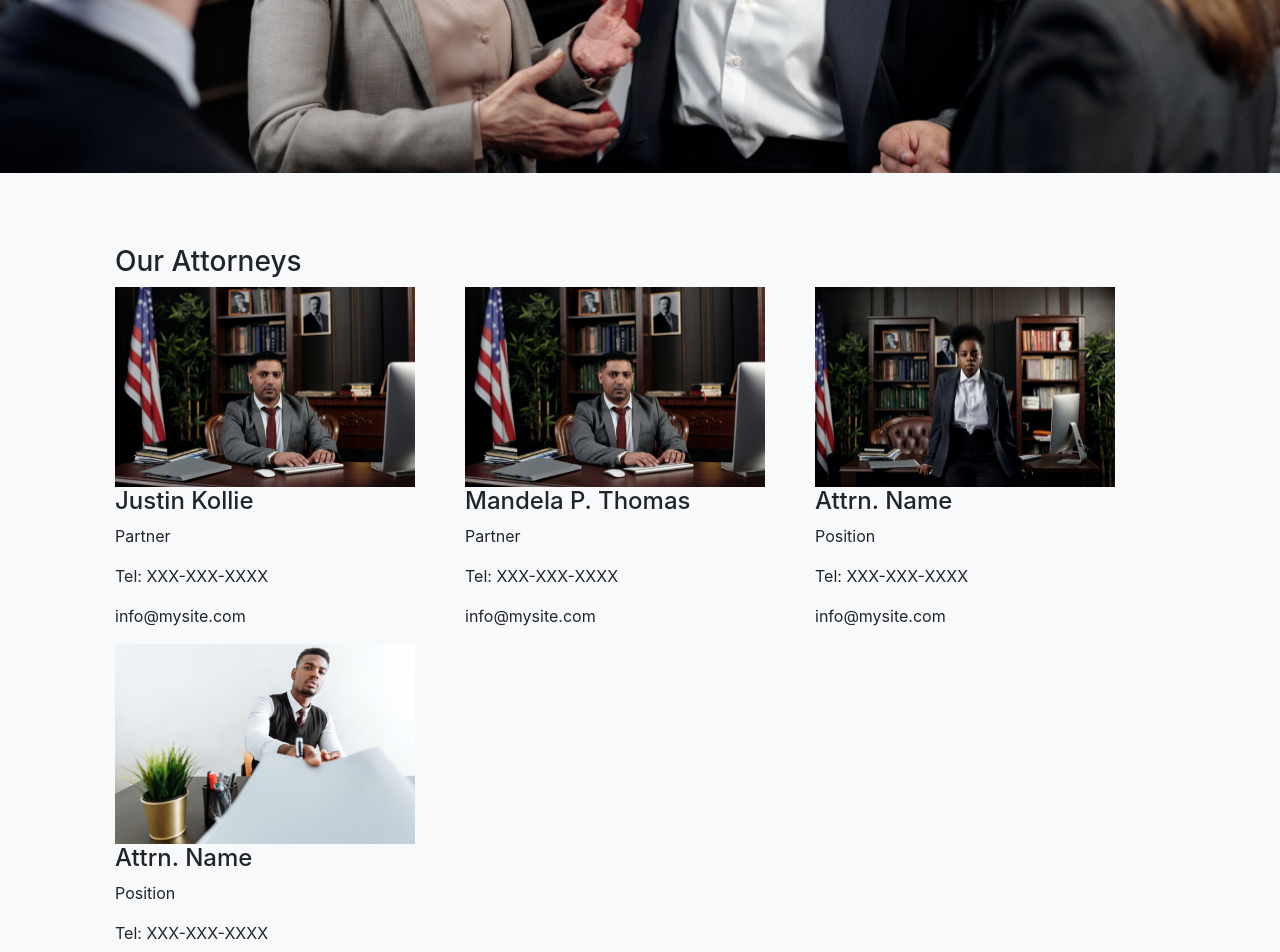
Repository: just-mann/kolllie-kolliellp
Page: index.html
These files come from the project's save history. The page is drawn as it stood at one moment and after a run of saves; the edit follows.
The browser window is 1280 px wide. The pictures show the part of the page from y = 2399 to 3351 px (the page is 4796 px tall before and 4844 px after).
Backgrounds fixed to the window are drawn as part of the page.

Above is the page before, as saved 2021-06-02 05:25:36.

### index.html
<!DOCTYPE html>
<html lang="en">
<head>
    <meta charset="UTF-8">
    <meta name="viewport" content="width=device-width, initial-scale=1.0">
    <meta http-equiv="X-UA-Compatible" content="ie=edge">
    <meta name="Description" content="Enter your description here"/>
    <!-- Font Awesome Icons -->
    <link rel="stylesheet" href="https://cdnjs.cloudflare.com/ajax/libs/font-awesome/5.15.3/css/all.min.css" referrerpolicy="no-referrer" />
    <link rel="stylesheet" href="https://cdnjs.cloudflare.com/ajax/libs/twitter-bootstrap/4.6.0/css/bootstrap.min.css">
    <link rel="stylesheet" href="https://cdnjs.cloudflare.com/ajax/libs/font-awesome/5.15.2/css/all.min.css">
    <link rel="stylesheet" href="assets/css/utilities.css">
    <link rel="stylesheet" href="assets/css/style.css">
    <title>Kollie & Thomas LLP</title>
</head>
<body>
    <nav class="myNavbar px-2 bg-light shadow">
        <div class="myContainer">
            <a href="#" class="myLogo"><h3>Kollie & Thomas LLP</h3></a>
            <div class="links">
                <a href="#">Home</a>
                <a href="#practiceArea">Practice Areas</a>
                <a href="#ourVision">Our Vision</a>
                <a href="#ourAttorneys">Attorneys</a>
                <a href="#contact">Contact</a>
            </div>
            <i class="fas fa-bars fa-1x toggleBar"></i>
        </div>
    </nav>
    <section class="heroSection">
        <div class="myContainer">
            <h3><span>Boutique</span>Law Firm</h3>
            <p>Specializing in Commercial Law & Litigation, Insolvency & Fraud</p>
        </div>
    </section>
    <section class="practiceArea py-5 px-4 bg-light" id="practiceArea">
        <div class="myContainer py-5">
            <div class="practiceArreaDiv p-4">
                <div class="left__side px-3 py-4">
                    <h3><span>Practice</span> Areas</h3>
                </div>
                <div class="right__side px-3 py-4">
                    <ul>
                        <div class="left px-3">
                            <li><h4>Litigation</h4></li>
                            <p>Lorem ipsum dolor sit amet consectetur adipisicing elit. Accusamus cumque iusto quae minima?</p>
                            <li><h4>Insolvency</h4></li>
                            <p>Lorem ipsum dolor sit amet consectetur adipisicing elit. Accusamus cumque iusto quae minima?</p>
                            <li><h4>Dispute Resolution</h4></li>
                            <p>Lorem ipsum dolor sit amet consectetur adipisicing elit. Accusamus cumque iusto quae minima?</p>
                        </div>
                        <div class="right px-3">
                            <li><h4>Business</h4></li>
                            <p>Lorem ipsum dolor sit amet consectetur adipisicing elit. Accusamus cumque iusto quae minima?</p>
                            <li><h4>Fraud</h4></li>
                            <p>Lorem ipsum dolor sit amet consectetur adipisicing elit. Accusamus cumque iusto quae minima?</p>
                            <li><h4>Tax</h4></li>
                            <p>Lorem ipsum dolor sit amet consectetur adipisicing elit. Accusamus cumque iusto quae minima?</p>
                        </div>
                    </ul>
                </div>
            </div>
        </div>
    </section>
    <section class="ourVision px-4 py-5" id="ourVision">
        <div class="myContainer">
            <div class="ourVisionDiv py-5">
                <h3>Our Mission</h3>
                <div>
                    <p>Lorem, ipsum dolor sit amet consectetur adipisicing elit. Deleniti, libero. Voluptatem laboriosam ipsum esse sint deserunt laudantium accusamus nam veniam ad? A deserunt nostrum rerum?</p>
                </div>
                <div>
                    <p>Lorem, ipsum dolor sit amet consectetur adipisicing elit. Deleniti, libero. Voluptatem laboriosam ipsum esse sint deserunt laudantium accusamus nam veniam ad? A deserunt nostrum rerum?</p>
                </div>
                <div>
                    <p>Lorem, ipsum dolor sit amet consectetur adipisicing elit. Deleniti, libero. Voluptatem laboriosam ipsum esse sint deserunt laudantium accusamus nam veniam ad? A deserunt nostrum rerum?</p>
                </div>
            </div>
        </div>
    </section>
    <div class="parallaxImg">
        <!-- <img src="./assets/images/heroImage.jpg" alt="parallaxImg"> -->
    </div>
    <section class="ourAttorneys py-5 bg-light" id="ourAttorneys">
        <div class="myContainer py-4">
            <h3>Our Attorneys</h3>
            <div class="attorneysDiv mx-auto">
                <div class="attCard">
                    <img src="./assets/images/attrny1.jpg" alt="att1">
                    <div class="firstDiv">
                        <h4>Justin Kollie</h4>
                        <p>Partner</p>
                    </div>
                    <div class="secondDiv">
                        <p>Tel: XXX-XXX-XXXX</p>
                        <p>info@mysite.com</p>
                    </div>
                </div>
                <div class="attCard">
                    <img src="./assets/images/attrny1.jpg" alt="att1">
                    <div class="firstDiv">
                        <h4>Mandela P. Thomas</h4>
                        <p>Partner</p>
                    </div>
                    <div class="secondDiv">
                        <p>Tel: XXX-XXX-XXXX</p>
                        <p>info@mysite.com</p>
                    </div>
                </div>
                <div class="attCard">
                    <img src="./assets/images/attrny2.jpg" alt="att2">
                    <div class="firstDiv">
                        <h4>Attrn. Name</h4>
                        <p>Position</p>
                    </div>
                    <div class="secondDiv">
                        <p>Tel: XXX-XXX-XXXX</p>
                        <p>info@mysite.com</p>
                    </div>
                </div>
                <div class="attCard">
                    <img src="/assets/images/attrny3.jpg" alt="att3">
                    <div class="firstDiv">
                        <h4>Attrn. Name</h4>
                        <p>Position</p>
                    </div>
                    <div class="secondDiv">
                        <p>Tel: XXX-XXX-XXXX</p>
                        <p>info@mysite.com</p>
                    </div>
                </div>
            </div>
        </div>
    </section>
    <section class="contact py-5" id="contact">
        <div class="myContainer">
            <div class="contactDiv">
                <div class="left__side">
                    <h3>Contact Us</h3>
                </div>
                <div class="right__side">
                    <h4 class=><span>Our</span> Address</h4>
                    <div class="addressDiv">
                        <p>500 Terry Francois St. San Francisco, CA 94158</p>
                        <p>Email: info@mysite.com</p>
                        <p>Tel:  123-456-7890</p>
                    </div>
                    <div class="clickToFind my-4 py-4">
                        <a href="#">Click Here to Find Us</a>
                    </div>
                    <form action="">
                        <div class="left__side">
                            <div>
                                <label for="firstName">First Name *</label>
                                <input type="text" name="firstName" required>
                            </div>
                            <div>
                                <label for="lastName">Last Name *</label>
                                <input type="text" name="lastName" required>
                            </div>
                            <div>
                                <label for="email">Email *</label>
                                <input type="email" name="name" required>
                            </div>
                            <div>
                                <label for="subject">Subject *</label>
                                <input type="text" name="subject" required>
                            </div>
                        </div>
                        <!-- <div class="right__side"> -->
                            <label for="message" class="messageLabel">Message *</label>
                            <textarea name="message" id="message" cols="30" rows="10" required></textarea>
                        <!-- </div> -->
                        <div class="my-4">
                            <input type="submit" value="Send">
                        </div>
                    </form>
                </div>
            </div>
        </div>
    </section>
    <section class="backUpTop bg-dark text-center p-4">
        <div class="myContainer">
            <i class="fas fa-angle-double-up fa-2x text-light"></i>
        </div>
    </section>
    <footer class="footer">
        <div class="myContainer">
            <p>© 2021 Kollie & Thomas LLP. Proudly created by Justin Kollie</p>
        </div>
    </footer>
    <!-- Optional Scripts -->
    <script src="assets/scripts/myScript.js"></script>
    <script src="https://cdnjs.cloudflare.com/ajax/libs/jquery/3.5.1/jquery.slim.min.js"></script>
    <script src="https://cdnjs.cloudflare.com/ajax/libs/popper.js/1.16.1/umd/popper.min.js"></script>
    <script src="https://cdnjs.cloudflare.com/ajax/libs/twitter-bootstrap/4.6.0/js/bootstrap.min.js"></script>
</body>
</html>

### assets/css/utilities.css
:root {
    --primaryColor: #274f9bf3;
}

a {
    text-decoration: none;
}

a:hover {
    text-decoration: none;
}

ul li {
    list-style-type: square;
}

.myContainer {
    max-width: 1100px;
    margin: 0 auto;
    padding: 10px 25px;
}

### assets/css/style.css
* {
    padding: 0;
    margin: 0;
    box-sizing: border-box;
}

html {
    scroll-behavior: smooth;
}



/* Navbar */
.myNavbar {
    padding: 15px 0px;
    background-color: #ece6e6;
    position: sticky;
    top: 0;
    left: 0;
    width: 100%;
    z-index: 100;
}

.myNavbar .myContainer {
    display: flex;
    justify-content: space-between;
    align-items: center;
}

.myNavbar .myContainer .myLogo h3 {
    font-size: 1.5em;
}

.myNavbar .myContainer .links {
    display: flex;
    justify-content: center;
    align-items: center;
}

.toggleBar {
    font-size: 1.6em;
    display: none;
    transition: cursor 0.6s;
}

.toggleBar:hover {
    cursor: pointer;
}

.ourVision {
    background-color: #2f6d91da;
    color: white;
    /* padding: 30px 10px; */
}

.ourVisionDiv h3 {
    font-weight: 400;
    font-size: 2.6rem;
    text-align: left;
    margin-bottom: 25px;
    /* margin: 40px auto; */
}

.ourVisionDiv p {
    font-weight:300;
    font-size: 1.2rem;
    line-height: 2rem;
}

.parallaxImg {
    background-image: url('../images/parallaxImg.jpg');
    min-height: 500px;
    background-attachment: fixed;
    background-position: center;
    background-origin: center;
    background-repeat: no-repeat;
    background-size: cover;
}

.parallaxImg img {
    width: 100%;
}

.contact {
    position: relative;
    background: url('../images/contactBgImage.jpg') no-repeat center center / cover;
}

.contact::before {
    content: "";
    position: absolute;
    top: 0;
    left: 0;
    background: #2f6d91da;
    width: 100%;
    height: 100%;
}

.contact .myContainer * {
    display: flex;
    flex-direction: column;
    justify-content: center;
    align-items: flex-start;
    width: 100%;
    z-index: 50;
}

.contactDiv .left__side h3 {
    font-weight: 500;
    color: white;
}

.contactDiv .right__side h4 {
    font-weight: 300;
    color: white;
}

.contactDiv .right__side h4 span {
    font-weight: 600;
}

.contactDiv .right__side .addressDiv p {
    font-size: 1rem;
    font-weight: 400;
    margin: 5px 0px;
    color: white;
}

.contactDiv .right__side .clickToFind a {
    text-decoration: underline;
    font-size: 1.4rem;
    color: white;
}

form label {
    color: white;
    font-size: 1.3rem;
}

.backUpTop .myContainer i {
    font-weight: 600;
}

.backUpTop .myContainer i:hover {
    cursor: pointer;
}

input[type="submit"] {
    width: 100%;
    background-color: transparent;
    border: 2px solid white;
    border-radius: 5px;
    font-weight: 500;
    letter-spacing: 1px;
    display: flex;
    padding: 10px;
    color: white;
    justify-content: center;
    text-align: center;
}

form div input, textarea {
    border: 3px solid #223755;
    border-radius: 3px;
    padding: 5px 10px;
}

/* Non mobile */
.myNavbar .myContainer .links a {
    padding: 0px 10px;
    font-size: 16px;
    font-weight: 400;
    text-transform: uppercase;
}

/* Desktop Scree Size Starts */
@media screen and (min-width: 900px) {
    .heroSection {
        position: relative;
        background-image: url('../images/heroImage.jpg');
        min-height: 500px;
        background-attachment: fixed;
        background-position: center;
        background-origin: center;
        background-repeat: no-repeat;
        background-size: cover;
        height: 85vh;
        display: flex;
        justify-content: start;
        align-items: left;
        /* background-color: #ffffff;
        background: url('../images/heroImage.jpg') no-repeat center center / cover; */
    }

    .heroSection .myContainer {
        display: flex;
        flex-direction: column;
        width: 100%;
        align-items: start;
        z-index: 50;
        padding: 10px 50px;
        background-attachment: fixed;
    }

    .heroSection::before {
        position: absolute;
        content: "";
        top: 0;
        left: 0;
        background: rgba(47, 109, 145, 0.78);
        width: 40%;
        height: 100%;
        z-index: 0;
    }

    .heroSection .myContainer h3 span {
        color: white;
        font-size: 3rem;
        font-weight: 600;
        margin: 10px 0px;
        text-transform: uppercase;
        display: block;
    }

    .heroSection .myContainer h3 {
        color: white;
        font-size: 2rem;
        font-weight: 300;
        margin-top: 180px;
        text-transform: uppercase;
    }

    .heroSection .myContainer p {
        color: white;
        max-width: 320px;
        margin: 15px 0px;
        font-size: 1.4rem;
    }

    .practiceArea .myContainer .practiceArreaDiv {
        display: grid;
        grid-template-columns: 1fr 2fr;
        gap: 30px;
    }

    .practiceArreaDiv .right__side ul {
        display: grid;
        grid-template-columns: 1fr 1fr;
        gap: 25px;
    }

    .ourVision .myContainer .ourVisionDiv h3 {
        text-align: center;
    }

    .ourVision .myContainer .ourVisionDiv div {
        max-width: 650px;
        margin: 0 auto;
        text-align: center;
    }

    .ourAttorneys .myContainer .attorneysDiv {
        display: grid;
        grid-template-columns: repeat(3, 1fr);
    }

    .ourAttorneys .myContainer .attorneysDiv .attCard {
        width: 300px;
    }

    .ourAttorneys .myContainer .attorneysDiv .attCard img {
        width: 100%;
    }

}


/* Desktop Screen Size Ends */


/* Responsive */
@media screen and (max-width: 900px) {
    .myNavbar .myContainer .links {
        display: none;
    }

    .toggleBar {
        display: block;
    }

    .heroSection {
        position: relative;
        height: 75vh;
        display: flex;
        justify-content: center;
        align-items: center;
        background-color: #ffffff;
        background: url('../images/heroImage.jpg') no-repeat center center / cover;
    }

    .heroSection .myContainer {
        display: flex;
        flex-direction: column;
        justify-content: center;
        align-items: start;
        z-index: 50;
    }

    .heroSection::before {
        position: absolute;
        content: "";
        top: 50;
        /* bottom: 40; */
        right: 0;
        background: rgba(47, 109, 145, 0.78);
        width: 95%;
        height: 70%;
        z-index: 0;
    }

    .heroSection .myContainer h3 span {
        color: white;
        font-size: 3rem;
        font-weight: 600;
        margin: 10px 0px;
        text-transform: uppercase;
        display: block;
    }

    .heroSection .myContainer h3 {
        color: white;
        font-size: 2rem;
        font-weight: 300;
        text-transform: uppercase;
    }

    .heroSection .myContainer p {
        color: white;
        max-width: 320px;
        margin: 15px 0px;
        font-size: 1.4rem;
    }

    .practiceArreaDiv .left__side h3 span {
        font-size: 2.5rem;
        text-transform: uppercase;
        display: block;
        font-weight: 600;
        margin: 5px 0px;
    }

    .left__side h3 {
        font-size: 2.4rem;
        text-transform: uppercase;
        font-weight: 300;
    }

    .right__side {
        padding: 30px 10px;
        /* background-color: white; */
    }

    .parallaxImg {
        background-image: url('../images/parallaxImg.jpg');
        min-height: 500px;
        background-attachment: scroll;
        background-position: center;
        background-repeat: no-repeat;
        background-size: cover;
    }

    .attorneysDiv {
        grid-template-columns: 1fr;
        width: 100%;
        margin: 0 auto;
    }

    .ourAttorneys .myContainer h3 {
        text-align: center;
        font-size: 2.8em;
        font-weight: 350;
        margin-bottom: 25px;
    }

    .attCard {
        width: 100%;
        padding: 0px 20px;
        margin: 0px auto 35px auto;
        /* text-align: center; */
    }

    .attCard img {
        min-height: 200px;
        width: 100%;
    }

    .attCard .firstDiv {
        padding: 10px 0px 0px 0px;
        text-align: center;
        border-bottom: 2px solid #6991ac9d;
    }

    .secondDiv {
        text-align: center;
        padding: 5px 0px;
    }

    form {
        /* background: pink; */
        max-width: 100%;
    }

    form div {
        margin: 7px 0px;
        /* padding: 0px 5px; */
        max-width: 100%;
    }

    form label {
        display: block;
        color: white;
    }

    form input {
        width: 100%;
    }

    form input {
        padding: 5px 10px;
    }

    form .right__side textarea {
        width: 100%;
        padding: 5px 10px;
    }




}

### assets/scripts/myScript.js
console.log('It works');

After the next 2 saves:
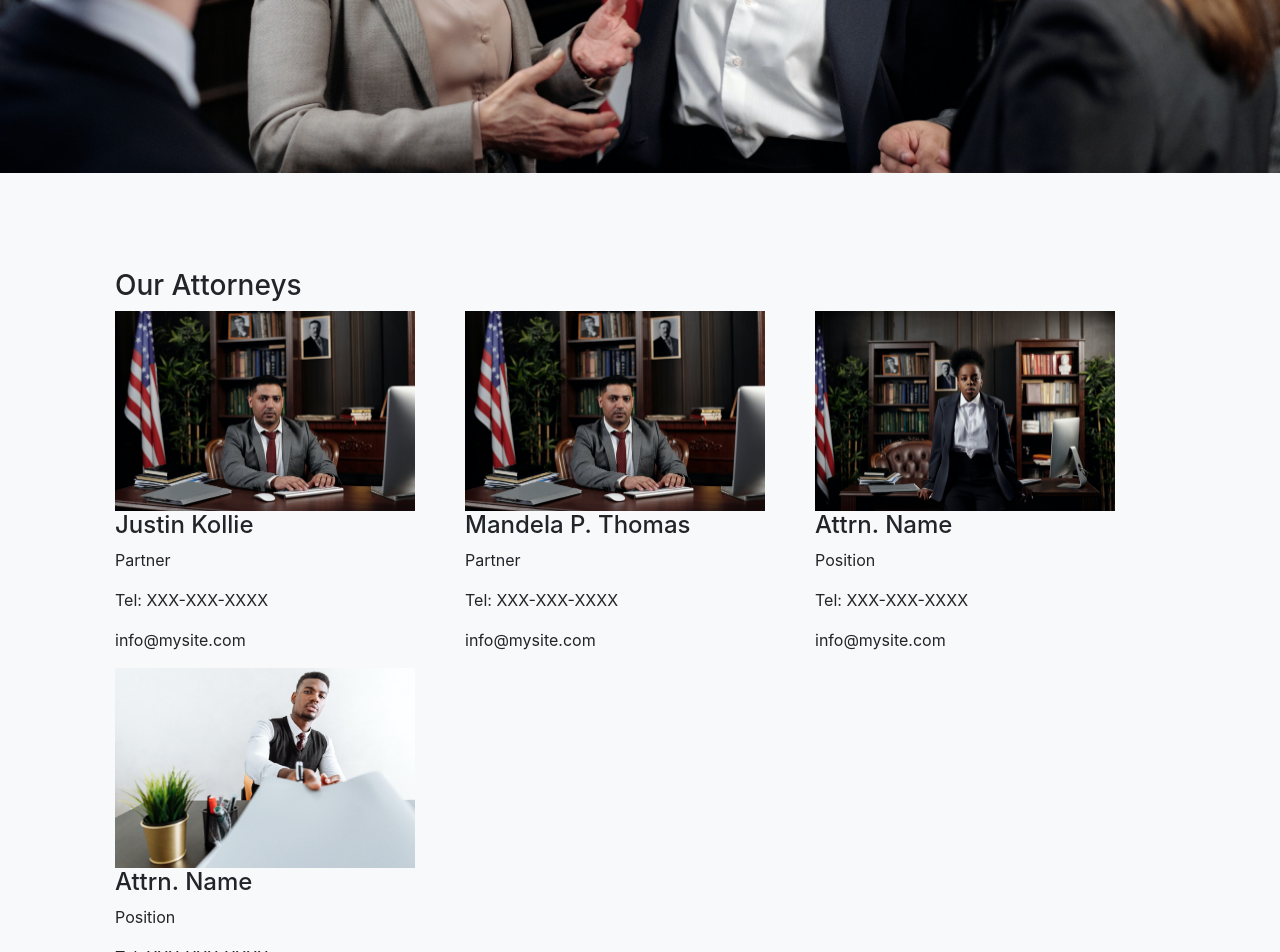
The 2 saves are shown as one change because they came seconds apart.
The last was saved 6 s later.
--- a/index.html
+++ b/index.html
@@ -82,7 +82,7 @@
         <!-- <img src="./assets/images/heroImage.jpg" alt="parallaxImg"> -->
     </div>
     <section class="ourAttorneys py-5 bg-light" id="ourAttorneys">
-        <div class="myContainer py-4">
+        <div class="myContainer py-5">
             <h3>Our Attorneys</h3>
             <div class="attorneysDiv mx-auto">
                 <div class="attCard">
